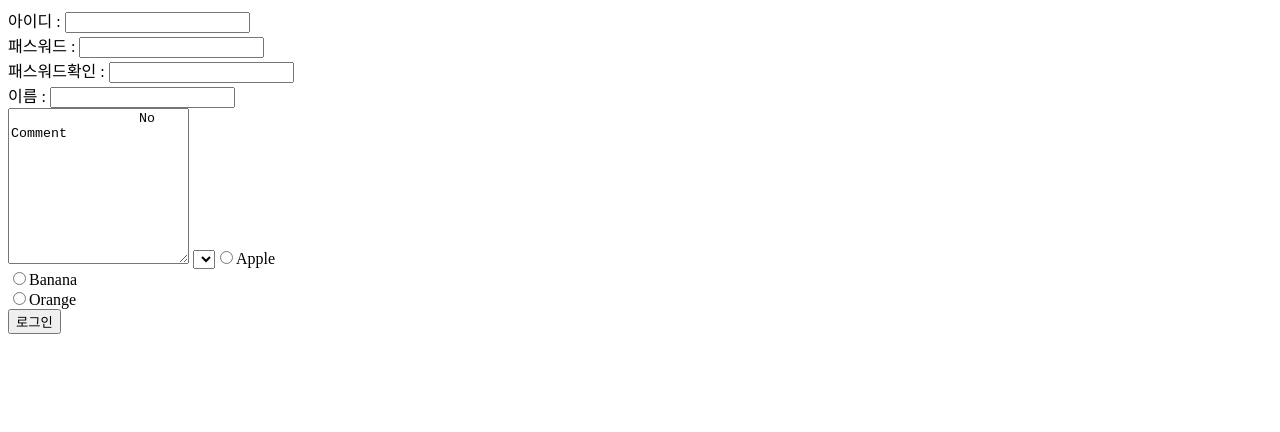
Repository: ifpi98/java_e
Page: jspproject/src/main/webapp/login.html
The author's editor kept a copy of each file at every save. The page is drawn from the files as they stood at one save, then again after the next save.
The browser window is 1280 px wide. The pictures show the whole page.

Above is the page before, as saved 2023-07-06 07:51:50.

### jspproject/src/main/webapp/login.html
<!DOCTYPE html>
<html>
<head>
<meta charset="utf-8">
<title>Insert title here</title>
</head>
<body>

<form action="/jspproject/hello">
	아이디 : <input type="text" name="id"><br>
	패스워드 : <input type="password" name="pw"><br>
	패스워드확인 : <input type="password" name="pw2"><br>
	이름 : <input type="text" name="name"><br>
	<textarea name="comment" rows="10" cols="20">
		No Comment
	</textarea>

	<select>
		<input type="radio" name="fruit" value="apple">Apple<br>
		<input type="radio" name="fruit" value="banana">Banana<br>
		<input type="radio" name="fruit" value="orange">Orange<br>
	</select>


	<input type="submit" value="로그인">

</form>

</body>
</html>

After the next save:
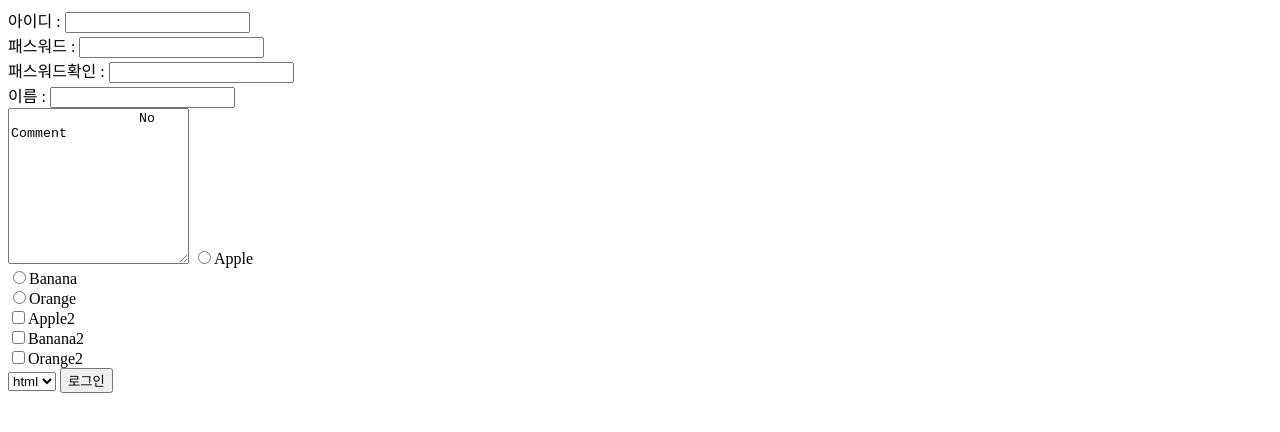
Saved 116 s later.
--- a/jspproject/src/main/webapp/login.html
+++ b/jspproject/src/main/webapp/login.html
@@ -15,10 +15,21 @@
 		No Comment
 	</textarea>
 
-	<select>
+
 		<input type="radio" name="fruit" value="apple">Apple<br>
 		<input type="radio" name="fruit" value="banana">Banana<br>
 		<input type="radio" name="fruit" value="orange">Orange<br>
+
+		<input type="checkbox" name="fruit2" value="apple2">Apple2<br>
+		<input type="checkbox" name="fruit2" value="banana2">Banana2<br>
+		<input type="checkbox" name="fruit2" value="orange2">Orange2<br>
+
+	<select name="it">
+		<option value="html">html</option>
+		<option value="css">css</option>
+		<option value="js">js</option>
+		<option value="java">java</option>
+
 	</select>
 
 
